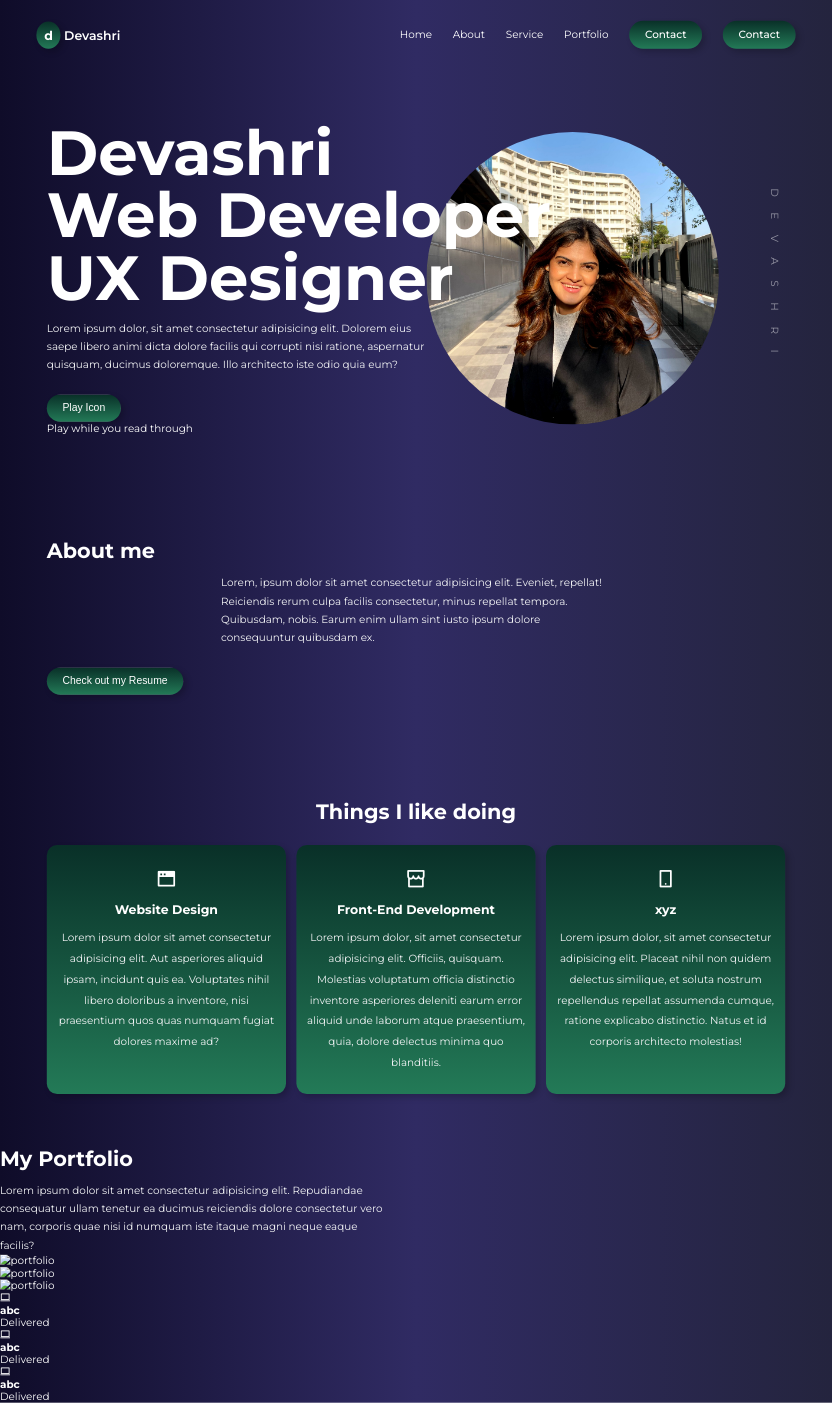
Repository: devashrisamani/devashrisamani.github.io
Page: index.html
An editor plug-in stored every save of this project. The page is shown before and after the next save, followed by the edit.
The browser window is 1280 px wide. The pictures show the whole page, at 65% of full size.

Above is the page before, as saved 2025-09-24 20:27:24.

After the next save:
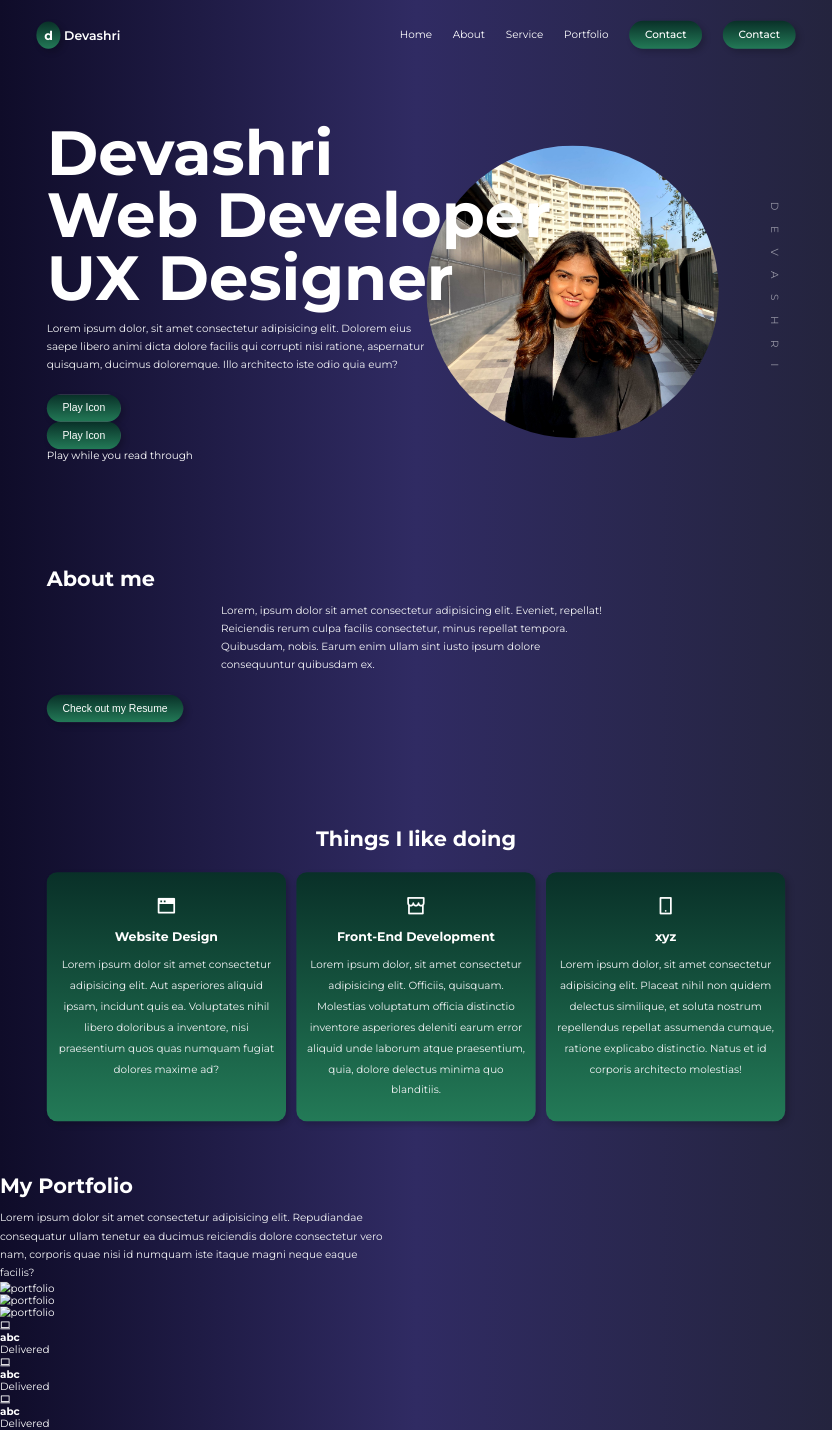
Saved 78 min 48 s later.
--- a/index.html
+++ b/index.html
@@ -53,6 +53,9 @@
           aspernatur quisquam, ducimus doloremque. Illo architecto iste odio
           quia eum?
         </p>
+        <div class="header__btn">
+          <button class="btn">Play Icon</button>
+        </div>
         <div class="header__btn">
           <button class="btn">Play Icon</button>
         </div>
